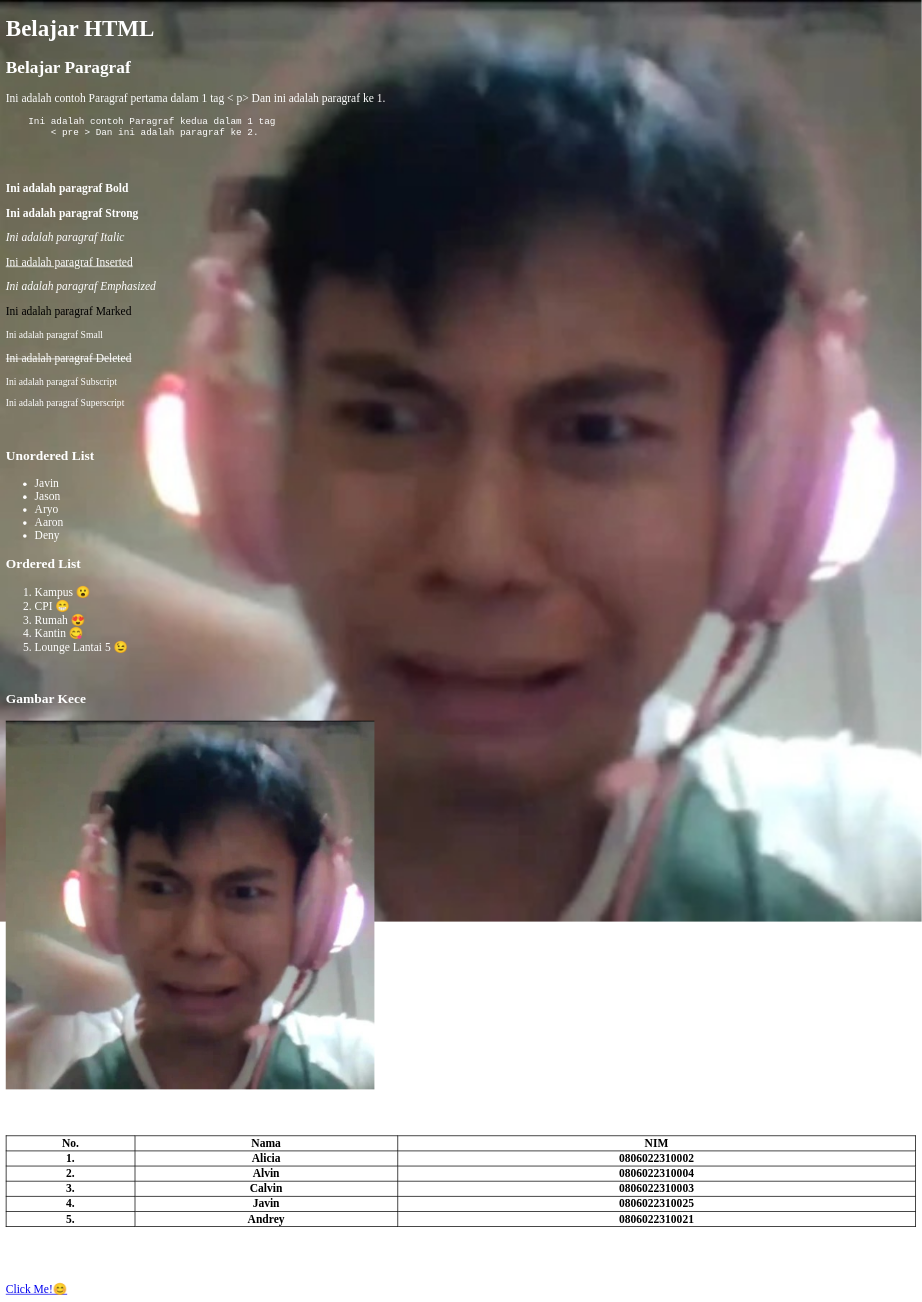
Repository: Gibekkk/WebPro
Page: Tugas HTML 1/index.html
These files come from the project's save history. The page is drawn as it stood at one moment and after the next save; the edit follows.
The browser window is 1280 px wide. The pictures show the whole page, at 72% of full size.
Backgrounds fixed to the window are drawn as part of the page.

Above is the page before, as saved 2024-03-25 10:41:32.

### Tugas HTML 1/index.html
<!DOCTYPE html>
<html lang="en">

<head>
    <meta charset="UTF-8">
    <meta name="viewport" content="width=device-width, initial-scale=1.0">
    <title>Document</title>
    <style>
        table,
        td,
        tr,
        th {
            border: 1px solid black;
            color: black;
            font-weight: 600;
            border-collapse: collapse;
        }

        table {
            width: 100%;
            text-align: center;
        }
    </style>
</head>

<body style="background-image: url(javin.jpg); background-repeat: no-repeat; background-size: 100vw; background-attachment: fixed; color: white">
    <h1>Belajar HTML</h1>
    <h2>Belajar Paragraf</h2>
    <p>Ini adalah contoh Paragraf pertama dalam 1 tag
        < p> Dan ini adalah paragraf ke 1.</p>
    <pre>
    Ini adalah contoh Paragraf kedua dalam 1 tag
        < pre > Dan ini adalah paragraf ke 2.
    </pre>
    <br>

    <b>
        <p>Ini adalah paragraf Bold</p>
    </b>
    <strong>
    <p>Ini adalah paragraf Strong</p>
    </strong>
    <i>
    <p>Ini adalah paragraf Italic</p>
    </i>
    <ins>
    <p>Ini adalah paragraf Inserted</p>
    </ins>
    <em>
    <p>Ini adalah paragraf Emphasized</p>
    </em>
    <mark>
        <p>Ini adalah paragraf Marked</p>
    </mark>
    <small>
        <p>Ini adalah paragraf Small</p>
    </small>
    <del>
        <p>Ini adalah paragraf Deleted</p>
    </del>
    <sub>
        <p>Ini adalah paragraf Subscript</p>
    </sub>
    <sup>
        <p>Ini adalah paragraf Superscript</p>
    </sup>
    <br>

    <h3>Unordered List</h3>
    <ul>
        <li>Javin</li>
        <li>Jason</li>
        <li>Aryo</li>
        <li>Aaron</li>
        <li>Deny</li>
    </ul>
    <h3>Ordered List</h3>
    <ol>
        <li>Kampus 😮</li>
        <li>CPI 😁</li>
        <li>Rumah 😍</li>
        <li>Kantin 😋</li>
        <li>Lounge Lantai 5 😉</li>
    </ol>
    <br>

    <h3>Gambar Kece</h3>
    <img src="javin.jpg" alt="Javin" title="Javin">
    <br>

    <h3>Table</h3>
    <table>
        <tr>
            <th>No.</th>
            <th>Nama</th>
            <th>NIM</th>
        </tr>
        <tr>
            <td>1.</td>
            <td>Alicia</td>
            <td>0806022310002</td>
        </tr>
        <tr>
            <td>2.</td>
            <td>Alvin</td>
            <td>0806022310004</td>
        </tr>
        <tr>
            <td>3.</td>
            <td>Calvin</td>
            <td>0806022310003</td>
        </tr>
        <tr>
            <td>4.</td>
            <td>Javin</td>
            <td>0806022310025</td>
        </tr>
        <tr>
            <td>5.</td>
            <td>Andrey</td>
            <td>0806022310021</td>
        </tr>
    </table>
    <br>

    <h3>Anchor</h3>
    <a href="https://tv.lk21official.mom/">Click Me!😊</a>
</body>

</html>

After the next save:
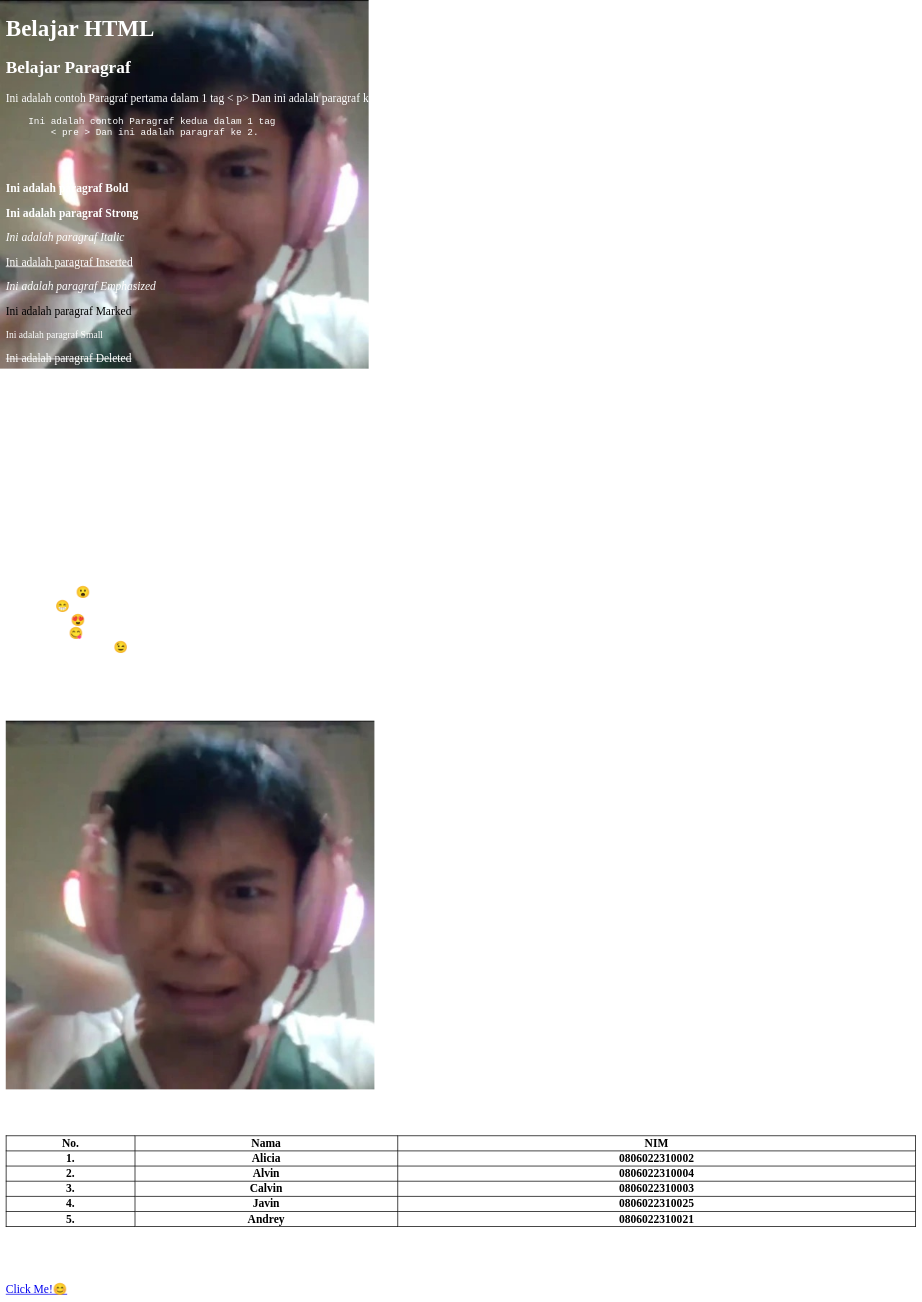
Saved 5 s later.
--- a/Tugas HTML 1/index.html
+++ b/Tugas HTML 1/index.html
@@ -23,7 +23,7 @@
     </style>
 </head>
 
-<body style="background-image: url(javin.jpg); background-repeat: no-repeat; background-size: 100vw; background-attachment: fixed; color: white">
+<body style="background-image: url(javin.jpg); background-repeat: no-repeat; background-clip: 100vw; background-attachment: fixed; color: white">
     <h1>Belajar HTML</h1>
     <h2>Belajar Paragraf</h2>
     <p>Ini adalah contoh Paragraf pertama dalam 1 tag

After the save that followed:
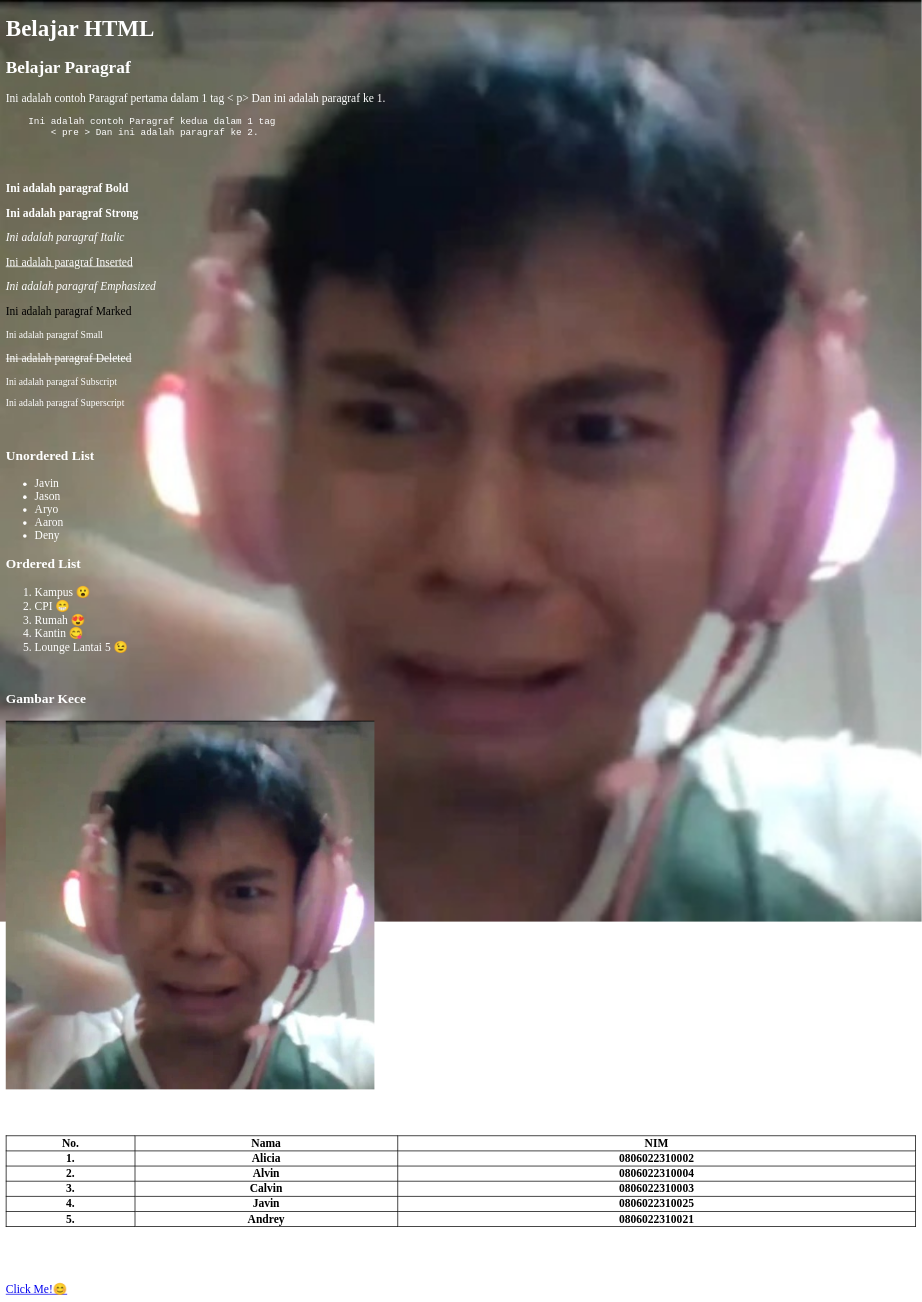
Saved 5 s later.
--- a/Tugas HTML 1/index.html
+++ b/Tugas HTML 1/index.html
@@ -23,7 +23,7 @@
     </style>
 </head>
 
-<body style="background-image: url(javin.jpg); background-repeat: no-repeat; background-clip: 100vw; background-attachment: fixed; color: white">
+<body style="background-image: url(javin.jpg); background-repeat: no-repeat; background-size: 100vw; background-attachment: fixed; color: white">
     <h1>Belajar HTML</h1>
     <h2>Belajar Paragraf</h2>
     <p>Ini adalah contoh Paragraf pertama dalam 1 tag
